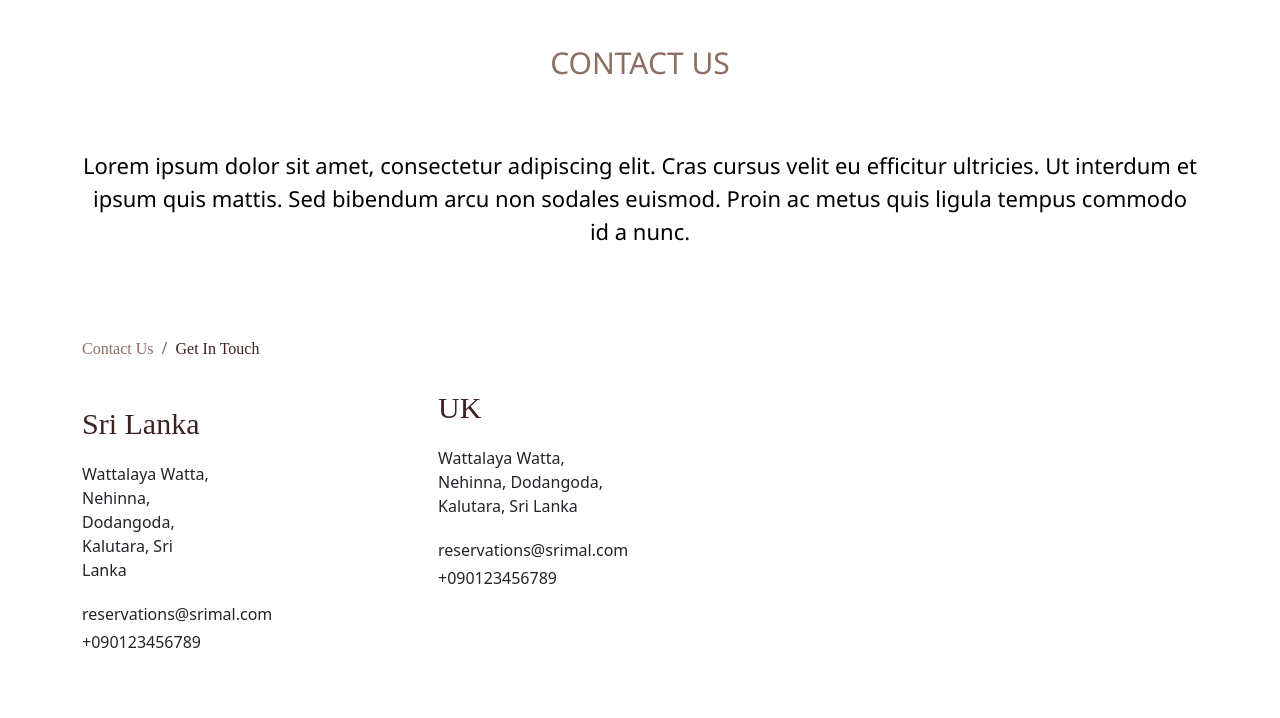
Repository: kaushalyaweerakoon/Plantation-Villa
Page: contact-us.html
The author's editor kept a copy of each file at every save. The page is drawn from the files as they stood at one save, then again after a run of saves.
The browser window is 1280 px wide. The pictures show the part of the page from y = 0 to 718 px (the page is 1348 px tall before and 1633 px after).
Pictures or frames that could not be fetched are drawn as grey boxes. Some web fonts or font styles are not loaded; a fallback is used.

Above is the page before, as saved 2022-08-15 12:43:39.
Not found: assets/js/main.js

After the next 2 saves:
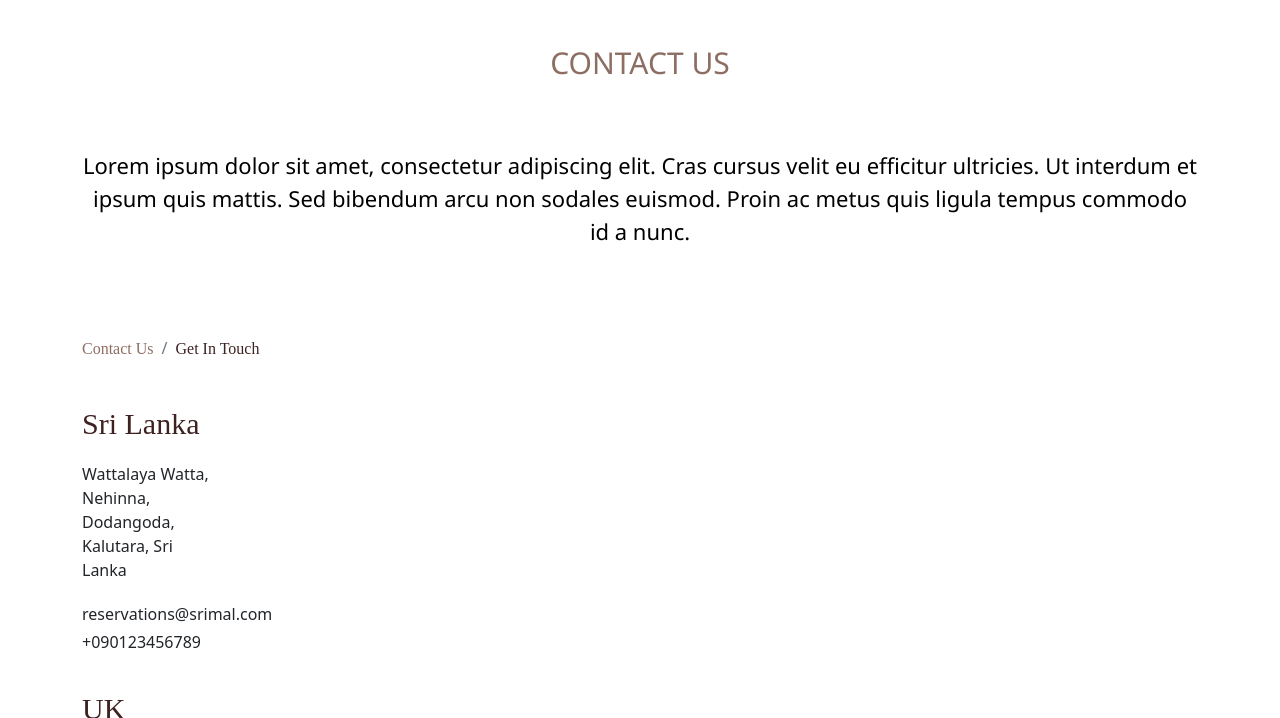
The 2 saves are shown as one change because they came seconds apart.
The last was saved 12 s later.
--- a/contact-us.html
+++ b/contact-us.html
@@ -70,7 +70,7 @@
             </div>
         </div>
 
-        <div class="col-md-4  pe-xl-5">
+        <div class=" pe-xl-5">
             <div class="country-textcol col-xl-12 pb-5">
                 <p class="country-text">UK</p>
                 <p class="">Wattalaya Watta,<br>

After the save that followed:
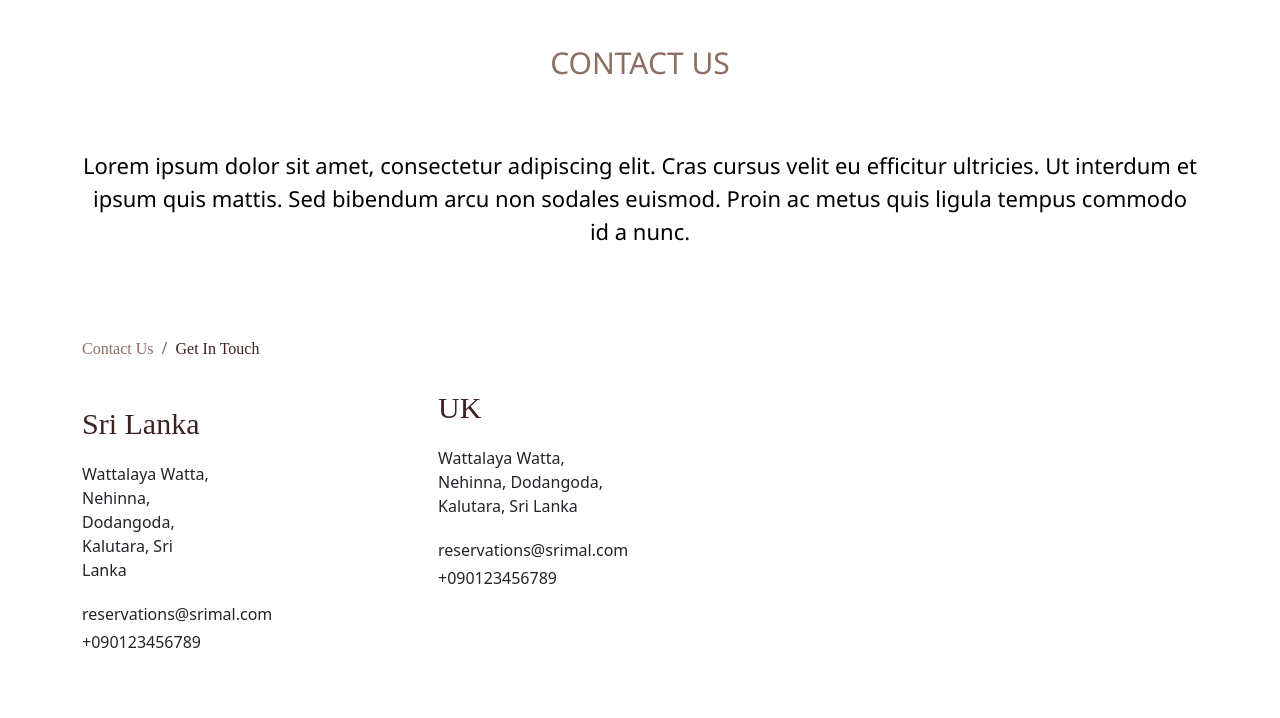
Saved 7 s later.
--- a/contact-us.html
+++ b/contact-us.html
@@ -70,7 +70,7 @@
             </div>
         </div>
 
-        <div class=" pe-xl-5">
+        <div class="col-md-4 pe-xl-5">
             <div class="country-textcol col-xl-12 pb-5">
                 <p class="country-text">UK</p>
                 <p class="">Wattalaya Watta,<br>
